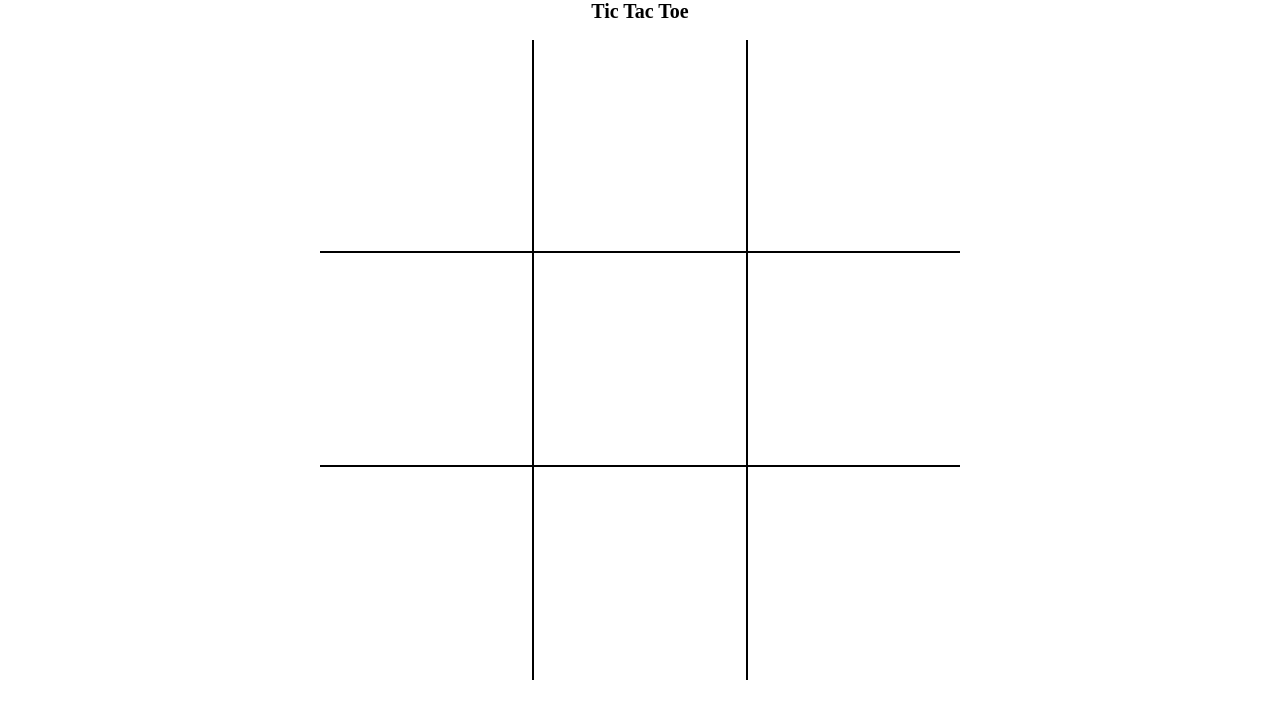
Repository: baumanmilosz/tictactoe
Page: index.html
An editor plug-in stored every save of this project. The page is shown before and after the next save, followed by the edit.
The browser window is 1280 px wide. The pictures show the whole page.

Above is the page before, as saved 2019-02-21 16:49:04.

### index.html
<!DOCTYPE html>
<html lang="en">

<head>
  <meta charset="UTF-8">
  <meta name="viewport" content="width=device-width, initial-scale=1.0">
  <meta http-equiv="X-UA-Compatible" content="ie=edge">
  <link rel="stylesheet" href="./style.css">
  <title>Tic Tac Toe</title>
</head>

<body>
  <header class="game-header">
    <h1 class="game-title">Tic Tac Toe</h1>
  </header>
  <div class="board">
    <div class="row">
      <div class="box"></div>
      <div class="box"></div>
      <div class="box"></div>
    </div>
    <div class="row">
      <div class="box"></div>
      <div class="box"></div>
      <div class="box"></div>
    </div>
    <div class="row">
      <div class="box"></div>
      <div class="box"></div>
      <div class="box"></div>
    </div>
  </div>

  <script src="./script.js"></script>
</body>

</html>

### style.css
* {
  margin: 0;
  padding: 0;
  box-sizing: border-box;
}

html {
  font-size: 10px;
}

body {
  position: relative;
  height: 100vh;
}

.game-header {
  text-align: center
}

.board {
  display: flex;
  flex-wrap: wrap;
  justify-content: center;
  align-items: center;
  position: absolute;
  left: 50%;
  top: 50%;
  transform: translate(-50%, -50%);
  width: 50vw;
  height: 50vw;
}

.row {
  width: 100%;
  height: 33.3%;
  display: flex;
  cursor: pointer;
}

.row:nth-child(1), .row:nth-child(2) {
  border-bottom: 2px solid black;
}

.box {
  position: relative;
  width: 100%;
  height: 100%;
}

.row > .box:nth-child(1), .row > .box:nth-child(2) {
  border-right: 2px solid black;
}

.box.circle:before, .box.cross::after {
  position: absolute;
  left: 50%;
  top: 50%;
  transform: translate(-50%,-50%);
  font-size: 40px;
}

.box.circle:before{
  content: 'X';
}

.box.cross::after{
  content: 'O';
}

### script.js
const boxes = document.querySelectorAll('.box');

let oddPlayer = true;

boxes.forEach(box => box.addEventListener('click', () => {
  if (box.classList.contains('circle') || box.classList.contains('cross')) return;
  oddPlayer ? box.classList.add('circle') : box.classList.add('cross');
  oddPlayer = !oddPlayer;
}));

After the next save:
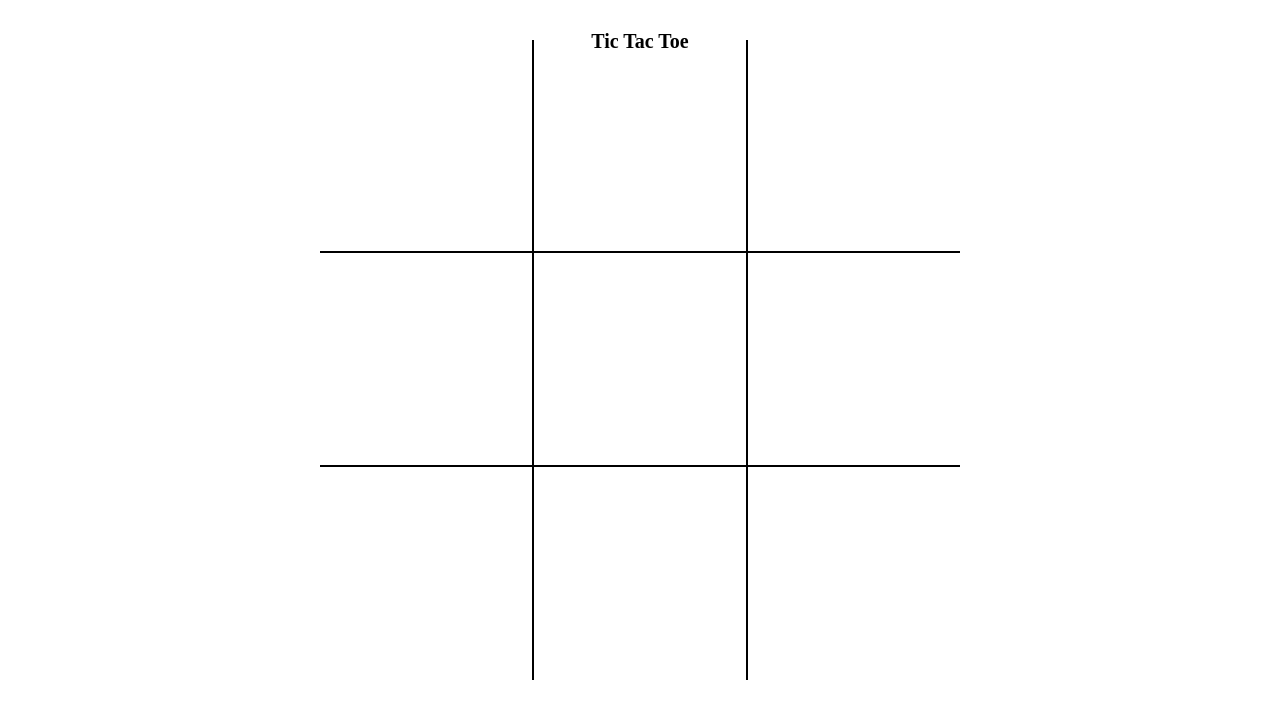
Saved 14 s later.
--- a/style.css
+++ b/style.css
@@ -14,7 +14,8 @@ body {
 }
 
 .game-header {
-  text-align: center
+  padding: 3rem 0;
+  text-align: center;
 }
 
 .board {
